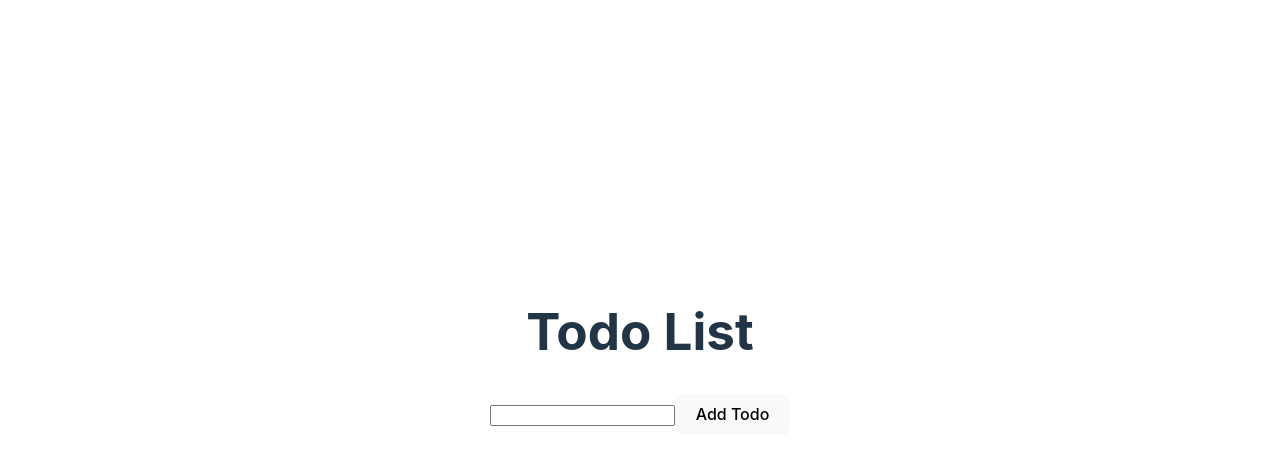
Repository: sinchana-p-iVoyant/mobx-todo
Page: /
These files come from the project's save history. The page is drawn as it stood at one moment and after the next save; the edit follows.
The browser window is 1280 px wide. The pictures show the whole page.
The project was rebuilt for these pictures with package versions that can differ from the ones it lists, and the page was loaded fresh each time. Also part of the build but not shown: vite.config.js, src/TodoList.css.

Above is the page before, as saved 2024-03-07 02:14:45.

### src/App.jsx
// App.js
import './App.css';
import TodoList from './TodoList';

function App() {
  return (
    <div>
      <h1>Todo List</h1>
      <TodoList />
    </div>
  );
}

export default App;

### src/TodoList.jsx
import { useState } from 'react';
import { observer } from 'mobx-react-lite';
import todoStore from './TodoStore';
import './TodoList.css'

const TodoList = () => {
  const [newTodoText, setNewTodoText] = useState('');
  const [editingTodoId, setEditingTodoId] = useState(null);
  const [editedTodoText, setEditedTodoText] = useState('');

  const handleAddTodo = () => {
    if (newTodoText.trim() !== '') {
      todoStore.addTodo({
        id: Math.random(),
        text: newTodoText,
      });
      setNewTodoText('');
    }
  };

  const handleStartEditTodo = (id, text) => {
    setEditingTodoId(id);
    setEditedTodoText(text);
  };

  const handleCancelEditTodo = () => {
    setEditingTodoId(null);
    setEditedTodoText('');
  };

  const handleSaveEditedTodo = (id) => {
    todoStore.editTodo(id, editedTodoText);
    setEditingTodoId(null);
    setEditedTodoText('');
  };

  const handleDeleteTodo = (id) => {
    todoStore.deleteTodo(id);
  };

  return (
    <div>
      <input
        type="text"
        value={newTodoText}
        onChange={(e) => setNewTodoText(e.target.value)}
      />
      <button onClick={handleAddTodo}>Add Todo</button>
      <ul>
        {todoStore.todos.map((todo) => (
          <li key={todo.id}>
            {editingTodoId === todo.id ? (
              <>
                <input
                  type="text"
                  value={editedTodoText}
                  onChange={(e) => setEditedTodoText(e.target.value)}
                />
                <button onClick={() => handleSaveEditedTodo(todo.id)}>Save</button>
                <button onClick={handleCancelEditTodo}>Cancel</button>
              </>
            ) : (
              <>
                <span>{todo.text}</span>
                <button onClick={() => handleStartEditTodo(todo.id, todo.text)}>Edit</button>
              </>
            )}
            <button onClick={() => handleDeleteTodo(todo.id)}>Delete</button>
          </li>
        ))}
      </ul>
    </div>
  );
};

export default observer(TodoList);

### src/TodoStore.js
// TodoStore.js
import { makeObservable, observable, action } from 'mobx';

class TodoStore {
  todos = [];

  constructor() {
    makeObservable(this, {
      todos: observable,
      addTodo: action,
      editTodo: action,
      deleteTodo: action,
    });
  }

  addTodo = (todo) => {
    this.todos.push(todo);
  };

  editTodo = (id, newText) => {
    const todoToEdit = this.todos.find(todo => todo.id === id);
    if (todoToEdit) {
      todoToEdit.text = newText;
    }
  };

  deleteTodo = (id) => {
    this.todos = this.todos.filter(todo => todo.id !== id);
  };
}

const todoStore = new TodoStore();
export default todoStore;

Loaded but not shown: index.html (common file); src/main.jsx (common file); src/index.css (common file); src/App.css (common file)

After the next save:
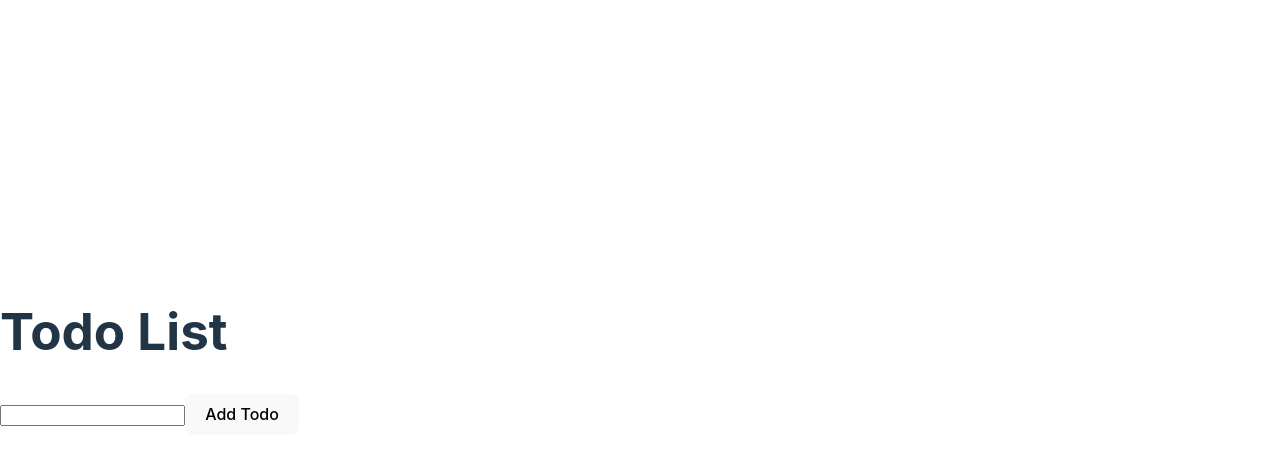
Saved 8 s later.
--- a/src/App.jsx
+++ b/src/App.jsx
@@ -1,5 +1,5 @@
 // App.js
-import './App.css';
+// import './App.css';
 import TodoList from './TodoList';
 
 function App() {
